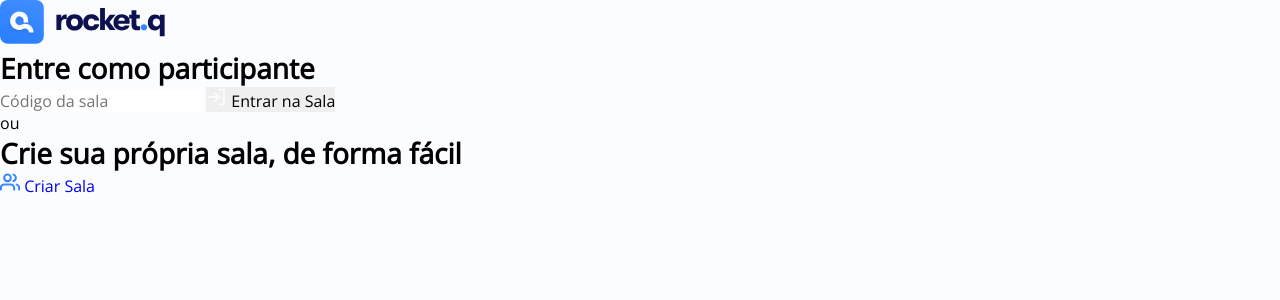
Repository: frnndlima/rocket.q
Page: home.html
These files come from the project's save history. The page is drawn as it stood at one moment and after the next save; the edit follows.
The browser window is 1280 px wide. The pictures show the whole page.

Above is the page before, as saved 2021-08-30 15:41:02.

After the next save:
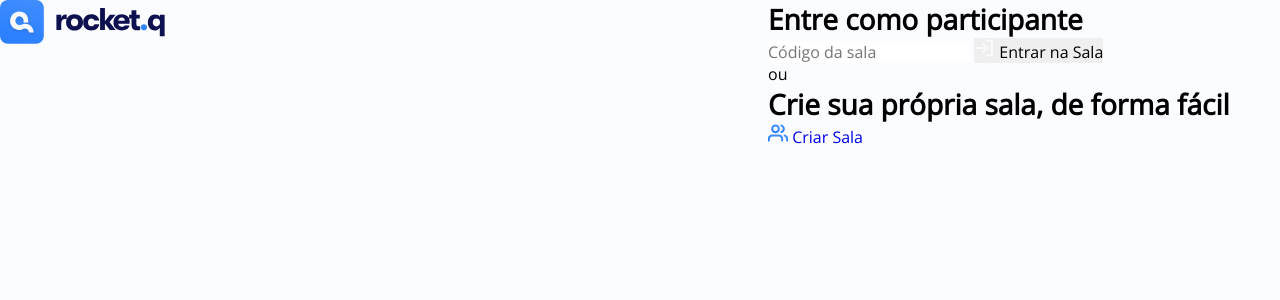
Saved 24 s later.
--- a/styles/home.css
+++ b/styles/home.css
@@ -1,4 +1,4 @@
 .content {
   display: grid;
-  grid-template-columns: ;
+  grid-template-columns: 60% 40%;
 }
